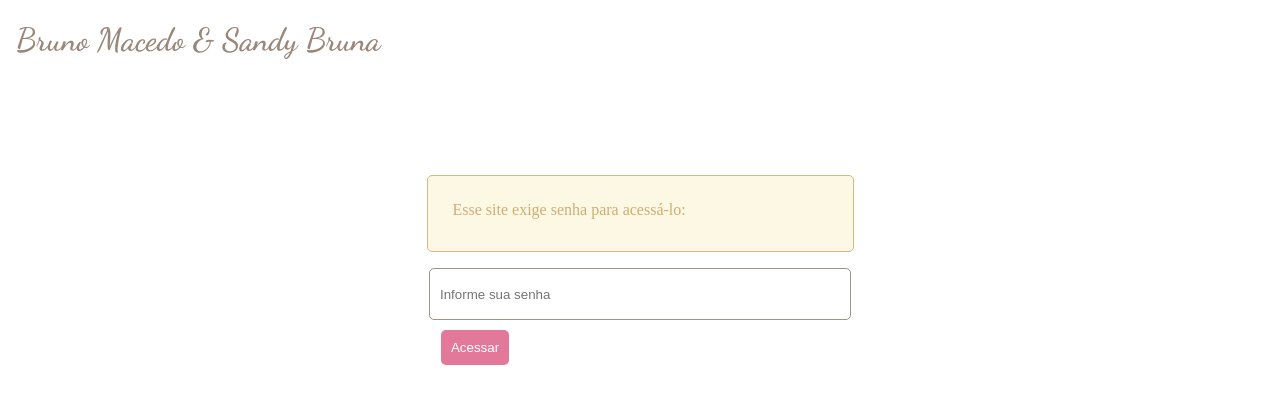
Repository: FerrazNathan/projetoBruno
Page: /login (app in projeto-bruno/)
The author's editor kept a copy of each file at every save. The page is drawn from the files as they stood at one save, then again after the next save.
The browser window is 1280 px wide. The pictures show the whole page.
Some web fonts or font styles are not loaded; a fallback is used. The project was rebuilt for these pictures with package versions that can differ from the ones it lists, and the page was loaded fresh each time. The framework's server and built-in components were replaced by stand-ins that run in the browser. Also part of the build but not shown: projeto-bruno/next.config.js.

Above is the page before, as saved 2022-03-16 12:42:29.

After the next save:
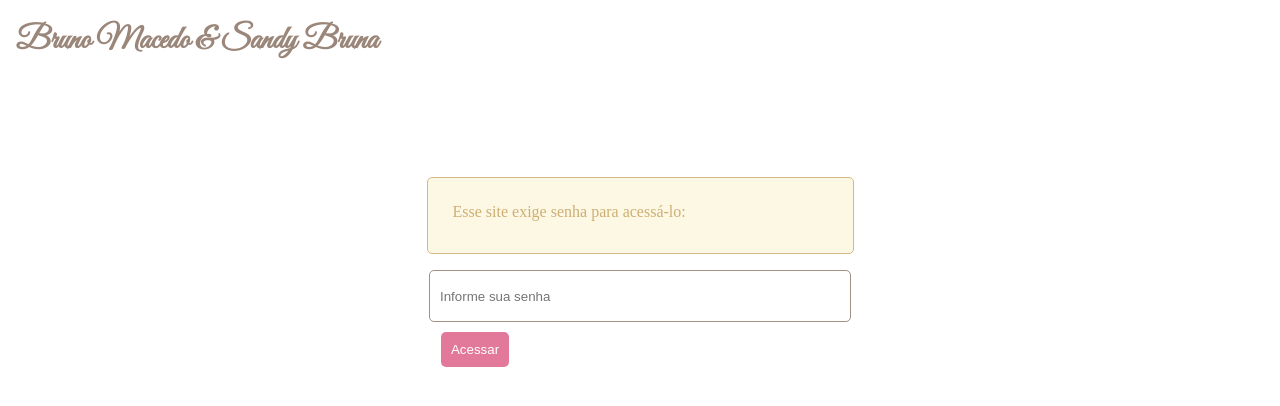
Saved 38 s later.
--- a/projeto-bruno/styles/styleLogin.js
+++ b/projeto-bruno/styles/styleLogin.js
@@ -9,6 +9,6 @@ export const Box = styled.div`
 `
 
 export const Title = styled.h1`
-  font-family: 'Dancing Script', cursiva;
+  font-family: 'Great Vibes', cursive;
   color: #9b867a;
 `
